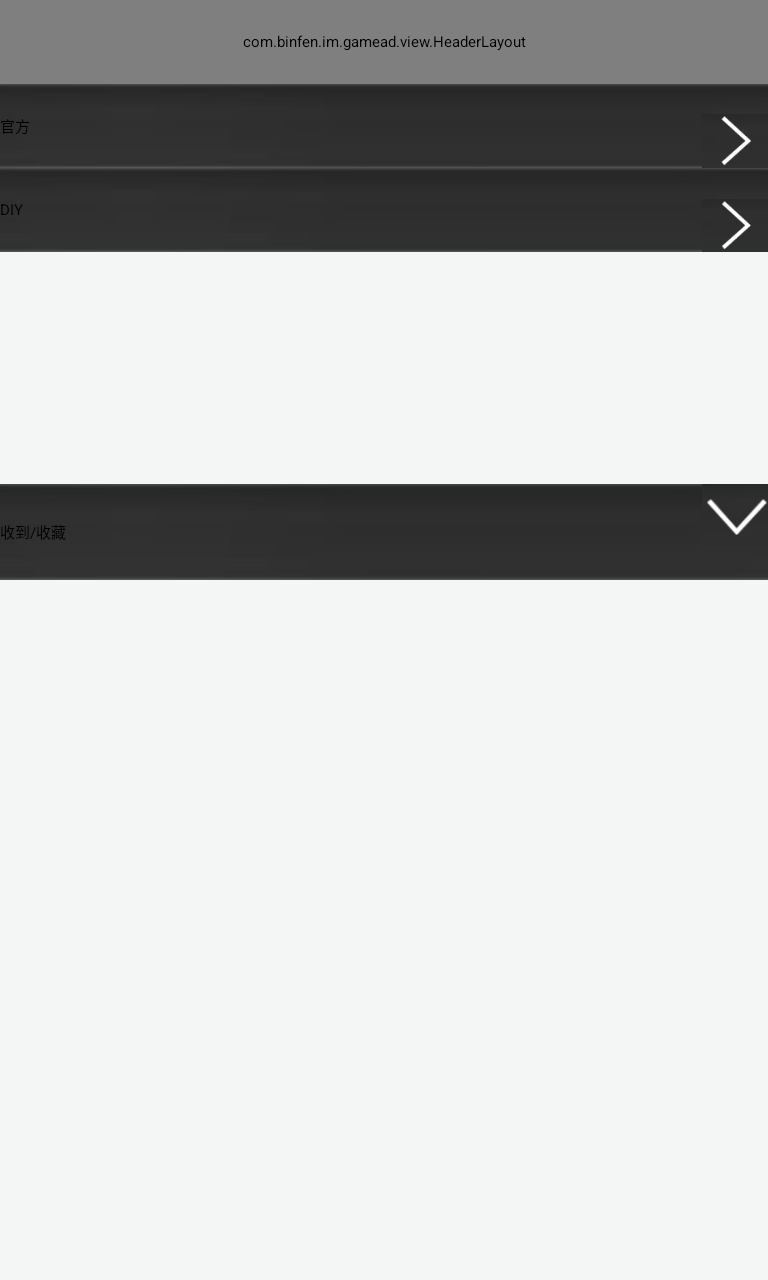
Repository: hosle/gad2
Layout: gamead_IM2/res/layout/xxh_gamelayout3.xml
These files come from the project's save history. The layout is drawn as it stood at one moment and after the next save; the edit follows.
Pictures or frames that could not be fetched are drawn as grey boxes. It is drawn on a 768 x 1280 px phone screen (xhdpi) without system bars, with theme AppTheme; the app's code is not run. Lists and similar views that code fills are empty. The app's manifest (not shown) leaves right-to-left support off. So textAlignment, textDirection and layoutDirection are ignored, and left and right values win over start and end ones.

Above is the layout before, as saved 2015-06-26 06:41:48.

### gamead_IM2/res/layout/xxh_gamelayout3.xml
<?xml version="1.0" encoding="utf-8"?>
<RelativeLayout xmlns:android="http://schemas.android.com/apk/res/android"
    android:layout_width="match_parent"
    android:layout_height="match_parent"
     android:background="@color/base_bg"
    >

    <include
        android:id="@+id/common_actionbar"
        layout="@layout/include_action_bar"
        android:layout_width="match_parent"
        android:layout_height="42dp"
        android:layout_alignParentTop="true" />

    <LinearLayout
        android:layout_width="match_parent"
        android:layout_height="126dp"
        android:layout_below="@+id/common_actionbar"
        android:orientation="vertical" >

       <RelativeLayout
            android:layout_width="match_parent"
            android:layout_height="42dp"
            android:background="@drawable/xxh_game_dir" >

           <TextView
               android:id="@+id/official_game"
               android:layout_width="wrap_content"
               android:layout_height="wrap_content"
               android:layout_alignParentLeft="true"
               android:layout_centerVertical="true"
               android:text="官方"
               android:textAppearance="?android:attr/textAppearanceLarge" />

           <ImageButton
               android:id="@+id/xxh_imagebnt1"
               android:layout_width="wrap_content"
               android:layout_height="wrap_content"
               android:layout_alignParentBottom="true"
               android:layout_alignParentRight="true"
               android:layout_alignTop="@+id/official_game"
               android:background="@drawable/xxh_game_bkimgbnt"
               android:src="@drawable/xxh_game_ar" />

        </RelativeLayout>

        <RelativeLayout
            android:layout_width="match_parent"
            android:layout_height="42dp"
            android:background="@drawable/xxh_game_dir" >

            <TextView
               android:id="@+id/receive_game"
               android:layout_width="wrap_content"
               android:layout_height="wrap_content"
               android:layout_alignParentLeft="true"
               android:layout_centerVertical="true"
               android:text="DIY"
               android:textAppearance="?android:attr/textAppearanceLarge" />

           <ImageButton
               android:id="@+id/xxh_imagebnt2"
               android:layout_width="wrap_content"
               android:layout_height="wrap_content"
               android:layout_alignParentRight="true"
               android:layout_alignTop="@+id/receive_game"
               android:background="@drawable/xxh_game_bkimgbnt"
               android:src="@drawable/xxh_game_ar" />

        </RelativeLayout>
       </LinearLayout>
       <LinearLayout
            android:layout_width="match_parent"
            android:layout_height="wrap_content"
            android:layout_alignParentBottom="true"
            android:orientation="vertical"
           >
        <RelativeLayout
            android:layout_width="match_parent"
            android:layout_height="wrap_content"
            android:background="@drawable/xxh_game_dir" >
           <TextView
               android:id="@+id/save_game"
               android:layout_width="wrap_content"
               android:layout_height="wrap_content"
               android:layout_alignParentStart="true"
               android:layout_alignParentLeft="true"
               android:layout_centerVertical="true"
               android:text="收到/收藏"
               android:textAppearance="?android:attr/textAppearanceLarge" />

           <ImageButton
               android:id="@+id/xxh_imagebnt3"
               android:layout_width="wrap_content"
               android:layout_height="wrap_content"
               android:layout_alignParentRight="true"
               android:layout_alignParentEnd="true"
               android:layout_alignTop="@+id/save_game"
               android:background="@drawable/xxh_game_bkimgbnt"
               android:src="@drawable/xxh_game_ad" />

        </RelativeLayout>
          <ListView
        android:id="@+id/listgame"
        android:layout_width="match_parent"
        android:layout_height="350dp"

        ></ListView>

    </LinearLayout>

   <!--  <com.binfen.im.gamead.view.ClearEditText
        android:id="@+id/et_msg_search"
        android:layout_width="fill_parent"
        android:layout_height="@dimen/base_action_bar_height"
        android:layout_margin="10dp"
        android:background="@drawable/base_edit_input"
        android:drawableLeft="@drawable/icon_msg_search"
        android:drawablePadding="10dp"
        android:hint="@string/message_search_hint"
        android:paddingLeft="10dp"
        android:paddingRight="10dp"
        android:visibility="gone"
        android:singleLine="true" /> -->

    <!-- <GridView
        android:id="@+id/gridgame"
        android:layout_width="match_parent"
        android:layout_height="match_parent"
        android:numColumns="auto_fit"
        android:columnWidth="90dp"
        android:verticalSpacing="5dp"
        android:horizontalSpacing="5dp"
        android:stretchMode="columnWidth"
        android:gravity="center"
        ></GridView> -->

</RelativeLayout>

### gamead_IM2/res/values/colors.xml
<?xml version="1.0" encoding="utf-8"?>
<resources>

    <color name="base_actionbar_bg">#f5f5f5</color>
    <color name="base_action_bar_title_color">#2f2725</color>
    <color name="base_tab_indicator_text_color">#f82c22</color>
    <color name="base_menu_left_bg">#393c44</color>
    <color name="pull_refresh_textview">#000000</color>
    <color name="base_color_text_black">#3e3e39</color>
    <color name="base_color_text_gray">#9fa0a0</color>
    <color name="base_color_text_white">#ffffff</color>
    <color name="home_item_color_bg">#f4f6f6</color>
    <color name="base_bg">#f4f6f6</color>
    <!-- zxing -->
    <color name="color_half_transparent">#b0000000</color>
    <color name="color_transparent_bg">#80000000</color>
    <color name="color_transparent_bg1">#e0000000</color>
    <!-- emot -->
    <color name="msg_emote_divider">#ffa1a1a1</color>
    <color name="color_bottom_bg">#272a2e</color>
    <color name="color_bottom_text_normal">#9da0a4</color>
    <color name="color_bottom_text_press">#4f9ef6</color>
    <color name="text_gray">#969696</color>
    <color name="transparent">#00000000</color>
    <color name="msg_chat_bg">#eceff4</color>

    <color name="theme_bg_color">#f0f2f5</color>
    <color name="color_theme">#489cfa</color>
    <color name="c_f98800">#ed4e23</color>

    <color name="dialog_color_title">#f82c22</color>
    <color name="guide_color">#898989</color>

    <color name="common_bg">#fcfcfc</color>

</resources>

### gamead_IM2/res/layout/include_action_bar.xml
<?xml version="1.0" encoding="utf-8"?>
<com.binfen.im.gamead.view.HeaderLayout
    xmlns:android="http://schemas.android.com/apk/res/android"
    android:layout_width="match_parent"
    android:layout_height="@dimen/base_action_bar_height" >

</com.binfen.im.gamead.view.HeaderLayout>

### gamead_IM2/res/values/dimens.xml
<resources>

    <!-- Default screen margins, per the Android Design guidelines. -->
    <dimen name="activity_horizontal_margin">16dp</dimen>
    <dimen name="activity_vertical_margin">16dp</dimen>
    <dimen name="text_size_small">14sp</dimen>
    <dimen name="text_size_medium">16sp</dimen>
    <dimen name="text_size_large">18sp</dimen>
    <dimen name="base_action_bar_height">48.0dip</dimen>
    <dimen name="base_action_bar_title_size">22.0sp</dimen>
    <dimen name="register_margin">10.0dp</dimen>
    <dimen name="base_scrollview_top_height">50.0dip</dimen>
    <dimen name="tab_padding_top_bottom">15dp</dimen>
    <dimen name="tab_padding_left_right">40dp</dimen>
    <dimen name="tab_height">48dp</dimen>
    <dimen name="base_line_width_1">1dip</dimen>
    <dimen name="base_line_width_2">2dip</dimen>
    <dimen name="base_line_width">0.5dip</dimen>

    <dimen name="time_line_line_left_margin">24dip</dimen>
    <dimen name="time_line_line_width">2.0dip</dimen>
    <dimen name="time_line_content_left_margin">52.0dip</dimen>
    <dimen name="time_line_content_right_margin">7.0dip</dimen>

    <dimen name="score_item_height">100.0dip</dimen>
     <dimen name="message_top_height">70.0dip</dimen>

     <dimen name="margin_chat_top">5.0dip</dimen>
</resources>

### gamead_IM2/res/values/strings.xml
<?xml version="1.0" encoding="utf-8"?>
<resources>

    <string name="app_name">缤分</string>
    <string name="action_settings">Settings</string>
    <string name="hello_world">Hello world!</string>
    <string name="login_username_hint">请输入用户名&#8230;</string>
    <string name="login_password_hint">请输入密码&#8230;</string>
    <string name="login_email_hint">请在此输入密码&#8230;</string>
    <string name="login">登录</string>
    <string name="register">注册</string>
    <string name="register_txt1">还没有账号？</string>
    <string name="register_txt2">立即注册 ></string>
    <string name="login_account">账号 </string>
    <string name="login_pwd">密码 </string>
    <string name="login_email">确认密码 </string>
    <string name="message_search_hint">搜索&#8230;</string>
    <string name="main_tab_recent">会话</string>
    <string name="main_tab_contact">联系人</string>
    <string name="mian_tab_set">设置</string>
    <string name="main_tab_game">游戏</string>
    <string name="xlistview_header_hint_normal">下拉刷新</string>
    <string name="xlistview_header_hint_ready">松开刷新数据</string>
    <string name="xlistview_header_hint_loading">正在加载&#8230;</string>
    <string name="xlistview_header_last_time">上次更新时间：</string>
    <string name="xlistview_footer_hint_normal">查看更多</string>
    <string name="xlistview_footer_hint_ready">松开载入更多</string>
    <string name="add_avator">头像</string>
    <string name="add_nick">昵称</string>
    <string name="add_name">账号</string>
    <string name="add_name_hint">请输入昵称&#8230;</string>
    <string name="add_gender">性别</string>
    <string name="set_notify">接收新消息通知</string>
    <string name="set_myinfo">个人资料</string>
    <string name="set_blacklist">黑名单</string>
    <string name="set_voice">声音</string>
    <string name="set_vibrate">震动</string>
    <string name="tips">提示</string>
    <string name="logout">退出登陆</string>
    <string name="pop_photo">拍照</string>
    <string name="pop_choose">从手机相册选中</string>
    <string name="network_tips">当前网络不可用,请检查您的网络!</string>
    <string name="toast_error_password_null">密码不能为空</string>
    <string name="toast_error_username_null">用户名不能为空</string>
    <string name="toast_error_comfirm_password">输入的两次密码不一致</string>
    <string name="blacklist">黑名单</string>
    <string name="chat">发起会话</string>
    <string name="add_friend">添加好友</string>
    <string name="send_state">已读</string>
    <string name="longclick_speak">长按说话</string>
    <string name="picture">照片</string>
    <string name="camera">拍摄</string>
    <string name="location">位置</string>
    <string name="xxh_game">游戏</string>
    <string name="black_tips">已添加至黑名单，你将不再收到对方的消息!</string>
    <string name="username">用户名</string>
    <string name="search">搜索</string>
    <string name="new_friends">新朋友</string>
    <string name="near_people">附近的人</string>
    <string name="voice_up_tips">手指上滑,取消发送</string>
    <string name="voice_cancel_tips">松开手指，取消发送</string>
    <string name="voice_seconds_tips">还可以说%1$s秒</string>
    <string name="voice_short_tips">录音时间太短</string>
    <string name="show_notice">\t\t\t\t\t自V1.0.6版本开始，应用源码中将不再公开ApplicationId,开发者请自行到官网申请。\n\t\t\t\t\t申请成功之后在应用程序启动页(SplashActivity)进行初始化操作!</string>
    <string name="title_activity_select_game_to_send">SelectGameToSendActivity</string>
    <string name="title_activity_maintest">MainActivity</string>
    <string name="title_activity_select_game_to_send2">SelectGameToSend2Activity</string>

</resources>

After the next save:
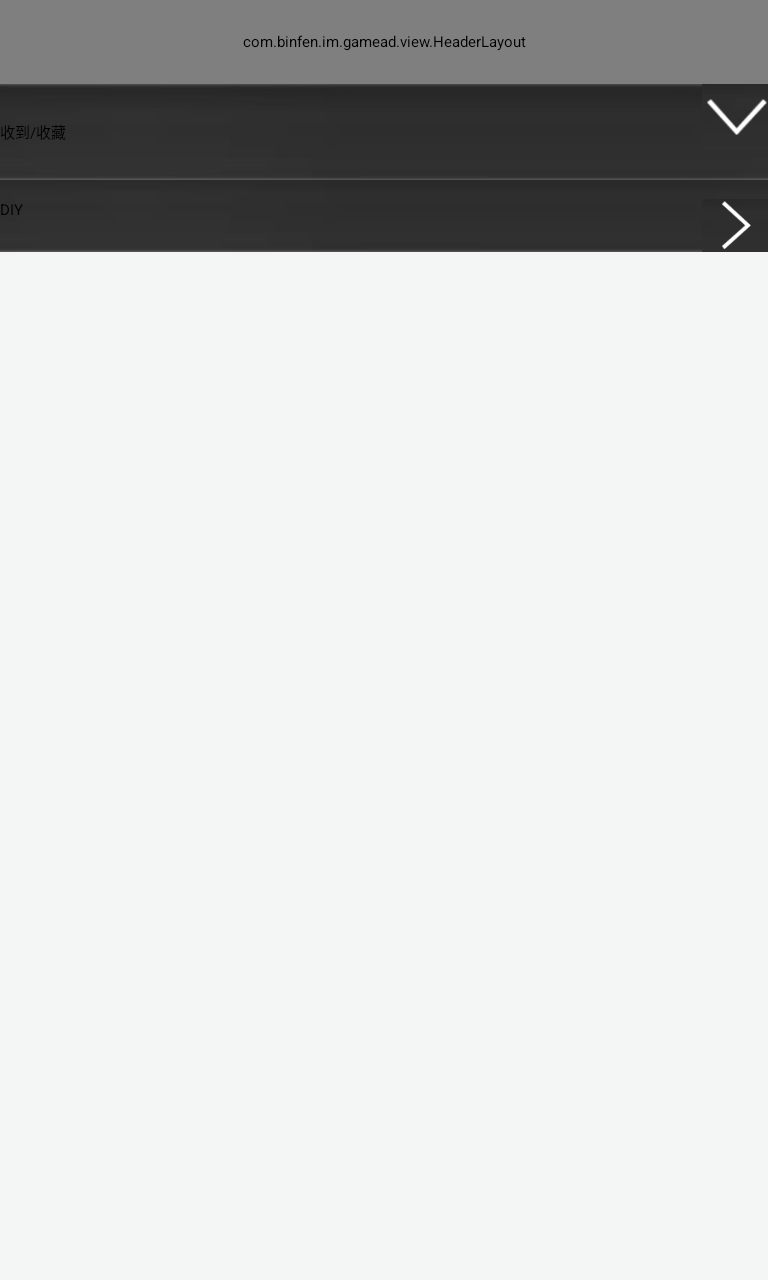
Saved 90 s later.
--- a/gamead_IM2/res/layout/xxh_gamelayout3.xml
+++ b/gamead_IM2/res/layout/xxh_gamelayout3.xml
@@ -72,7 +72,8 @@
        <LinearLayout
             android:layout_width="match_parent"
             android:layout_height="wrap_content"
-            android:layout_alignParentBottom="true"
+            android:layout_below="@+id/common_actionbar"
+
             android:orientation="vertical"
            >
         <RelativeLayout
